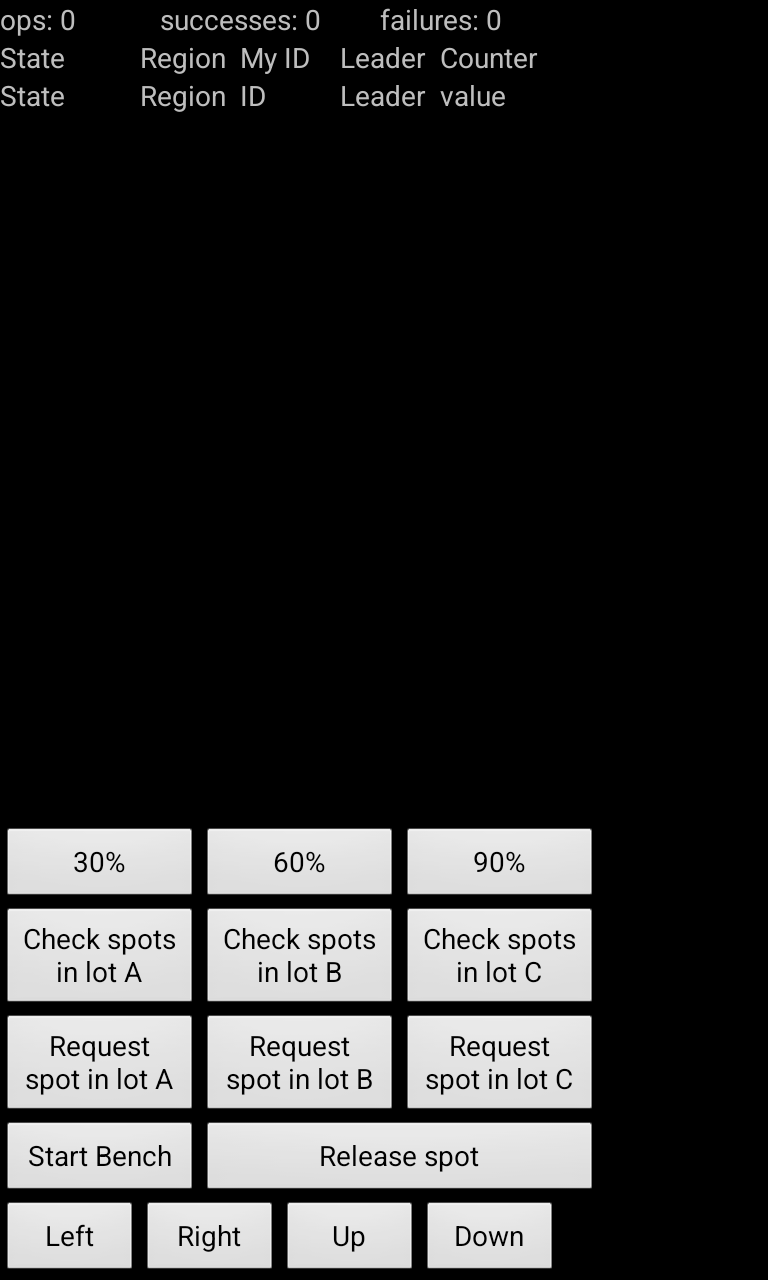
Repository: jasongao/csmcode
Layout: current/workspace/VNConsistent/res/layout/main.xml
These files come from the project's save history. The layout is drawn as it stood at one moment and after the next save; the edit follows.
It is drawn on a 768 x 1280 px phone screen (xhdpi) without system bars, with theme android:Theme; the app's code is not run. Lists and similar views that code fills are empty.

Above is the layout before, as saved 2011-07-14 21:24:20.

After the next save:
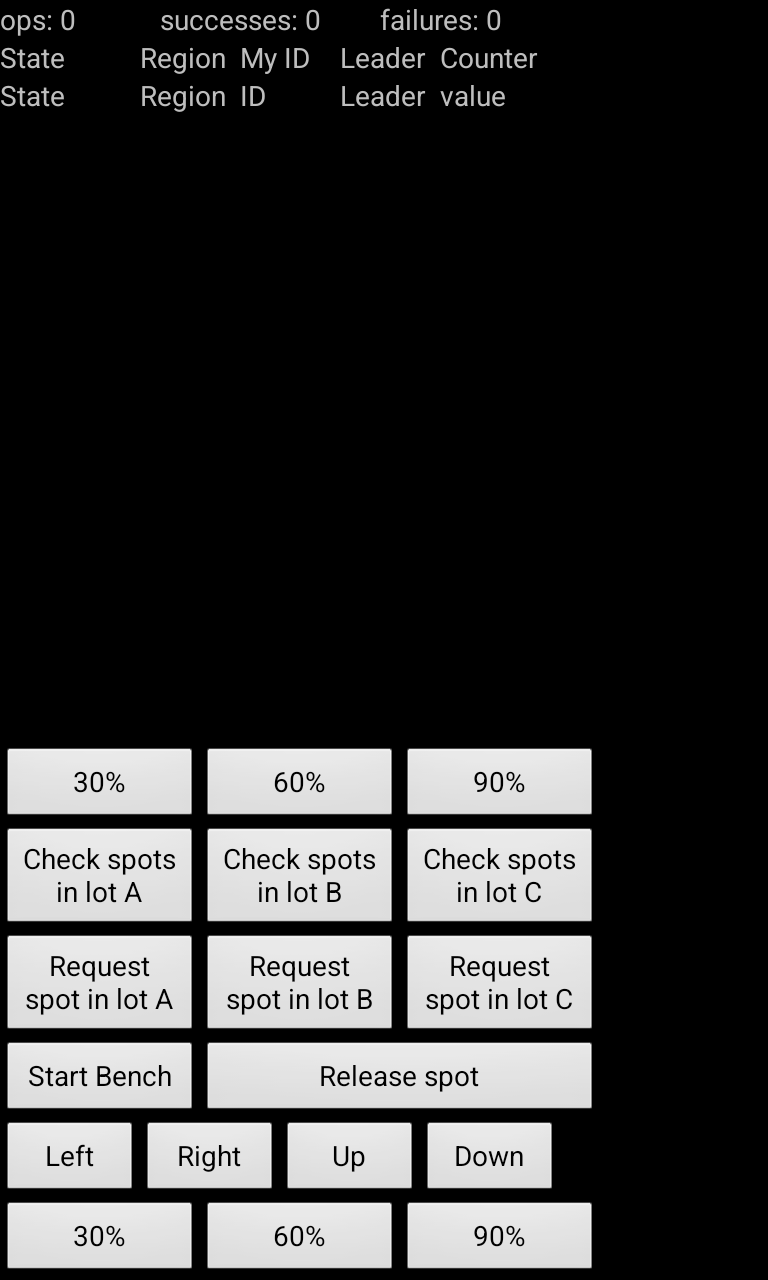
Saved 12 min 6 s later.
--- a/current/workspace/VNConsistent/res/layout/main.xml
+++ b/current/workspace/VNConsistent/res/layout/main.xml
@@ -104,7 +104,17 @@
 			android:layout_width="70dip" android:layout_height="40dip"/>
 		<Button android:text="Down" android:id="@+id/down_button"
 			android:layout_width="70dip" android:layout_height="40dip"/>
+	</LinearLayout>
 
+	<LinearLayout android:layout_width="fill_parent"
+		android:orientation="horizontal" android:layout_height="wrap_content"
+		android:id="@+id/SetDistributionLayout">
+		<Button android:layout_width="100dip" android:text="30%"
+			android:id="@+id/setdistribution30_button" android:layout_height="40dip"></Button>
+		<Button android:layout_width="100dip" android:text="60%"
+			android:id="@+id/setdistribution60_button" android:layout_height="40dip"></Button>
+		<Button android:layout_width="100dip" android:text="90%"
+			android:id="@+id/setdistribution90_button" android:layout_height="40dip"></Button>
 	</LinearLayout>
 
 </LinearLayout>
